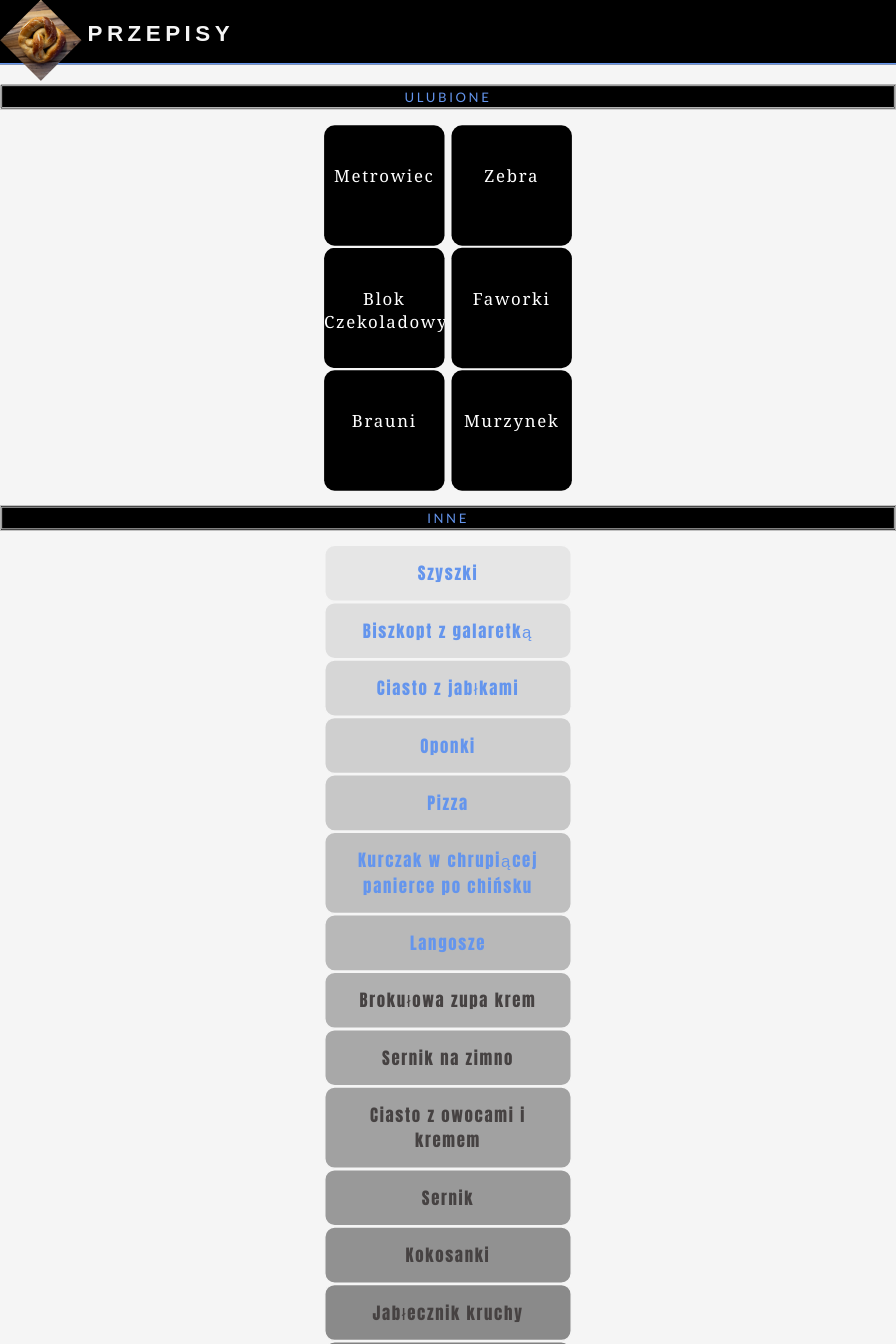
Repository: yaoayh/przepisy
Page: index.html
An editor plug-in stored every save of this project. The page is shown before and after the next save, followed by the edit.
The browser window is 1280 px wide. The pictures show the part of the page from y = 0 to 1920 px (the page is 3159 px tall), at 70% of full size.

Above is the page before, as saved 2020-08-14 00:24:02.

### index.html
<!DOCTYPE html>
<html>
    <head>
        <title>Przepisy</title>

        <meta charset="UTF-8">
        <meta name="viewport" content="width=device-width,
        initial-scale=1.0">
        <meta name="author" content="Dawid Litwin">

        <link rel="shortcut icon" href="images/icon.jpg">

        <link href="css/styles.css" type="text/css"
        rel="stylesheet" />
    </head>

    <body>
        <!--                HEADER                           -->
        <div id="header">
            <div class="picture">
                <a href="#top"><img src="images/precel.jpg" alt="precel"
                title="obrazek przedstawiajacy precel"
                width= "82,8" height= "82,8"></a>
            </div>
        <h1>Przepisy</h1>
        </div>


        <!--                    INFO 1                       -->

        <div class="info_Nr1">
            <h3>Ulubione</h3>
        </div>
        <!--                    SQARES                       -->

        <form class="head_Sqares">
            <!----------------------------------------------------------------------------------------------------------------------------------------------------------------------->
            <a class="m1" href="podstrony/metrowiec.html">
            <div class="sqares_Left">
                <p class="first_Choice">Metrowiec
                </p>
            </div></a>
            <a href="podstrony/Zebra.htm">
            <div class="sqares_Right">
                <p>Zebra</p>
            </div></a>
            <!---->
            <a href="podstrony/blok_Czekoladowy.html"><div class="sqares_Left">
                <p class="bigger">Blok Czekoladowy</p>
            </div></a>
            <a href="podstrony/faworki.html"><div class="sqares_Right">
                <p>Faworki</p>
            </div></a>
            <!---->
            <a href="podstrony/brauni.html"> <div class="sqares_Left">
                <p>Brauni</p>
            </div></a>
            <a href="podstrony/murzynek.html"><div class="sqares_Right">
                <p>Murzynek</p>
            </div></a>
            <!----------------------------------------------------------------------------------------------------------------------------------------------------------------------->
        </form>
        <div class="info_Nr2">
            <h3>Inne</h3>
        </div>
        <!--            CZEŚĆ DRUGA                          -->

        <form class="main2">
            <a href="podstrony/szyszki.html"><div class="n1"><p class="p1">Szyszki</p></div></a>
            <a href="podstrony/biszkopt_z_galaretką.html"><div class="n2"><p class="p1">Biszkopt z galaretką</p></div></a>
            <a href="podstrony/ciasto_z_jablkami.html"><div class="n3"><p class="p1">Ciasto z jabłkami</p></div></a>
            <a href="podstrony/oponki.html"><div class="n4"><p class="p1">Oponki</p></div></a>
            <a href="podstrony/pizza.html"><div class="n5"><p class="p1">Pizza</p></div></a>
            <a href="podstrony/kurczak_po_chinsku.html"><div class="n6"><p class="p1">Kurczak w chrupiącej panierce po chińsku</p></div></a>
            <a href="podstrony/langosze.html"><div class="n7"><p class="p1">Langosze</p></div></a>
            <a href="podstrony/brokulowa_zupa_krem.html"><div class="n8"><p class="p1_Shadow">Brokułowa zupa krem</p></div></a>
            <a href="podstrony/sernik_na_zimno.html"><div class="n9"><p class="p1_Shadow">Sernik na zimno</p></div></a>
            <a href="podstrony/ciasto_z_owocami_i_kremem.html"><div class="n10"><p class="p1_Shadow">Ciasto z owocami i kremem</p></div></a>
            <a href="podstrony/sernik.html"><div class="n11"><p class="p1_Shadow">Sernik</p></div></a>
            <a href="podstrony/kokosanki.html"><div class="n12"><p class="p1_Shadow">Kokosanki</p></div></a>
            <a href="podstrony/jablecznik_kruchy.html"><div class="n13"><p class="p1_Shadow">Jabłecznik kruchy</p></div></a>
            <a href="podstrony/ciasto_kasi.html"><div class="n14"><p class="p1_Shadow">Ciasto Kasi</p></div></a>
            <a href="podstrony/ciasto_ucierane.html"><div class="n15"><p class="p1">Ciasto ucierane z owocami</p></div></a>
            <a href="podstrony/gofry.html"><div class="n16"><p class="p1">Gofry</p></div></a>
            <a href="podstrony/brauni.html"><div class="n17"><p class="p1">Brauni Kasi</p></div></a>
            <a href="podstrony/salatka_francuska.html"><div class="n18"><p class="p1">Sałatka francuska</p></div></a>
            <a href="podstrony/botwina.html"><div class="n19"><p class="p1">Botwina</p></div></a>
            <a href="podstrony/nalewka.html"><div class="n20"><p class="p1">Nalewka</p></div></a>
            <a href="podstrony/salatka_zolta.html"><div class="n21"><p class="p1">Sałatka żółta</p></div></a>
            <a href="podstrony/ogorki_konserwowe.html"><div class="n22"><p class="p1">Ogórki konserwowe</p></div></a>
            <a href="podstrony/zacierki.html"><div class="n23"><p class="p1">Zacierki</p></div></a>
            <div class="n24"><p class="p1">Zupa serowa z pulpetami</p></div>
            <a href="podstrony/sos_beszamelowy_zapiekany.html"><div class="n25"><p class="p1">Sos beszamelowy Zapiekany</p></div></a>
            <a href="podstrony/kurczak_z_antylii.html">
                <div class="n26">
                    <p class="p1">Kurczak z Antylii</p>
                </div>
            </a>
            <br>

        </form>
        <br><br><br>

        <!--            PRAWA AUTORIESKIE                    -->

        <form class="bottom">
            <strong> <q>Precel</q>
                by <a class="a_Bottom" href="https://www.flickr.com/photos/ajay_suresh/">ajay_suresh</a>
        </strong>
        </form>


    </body>
</html>

### css/styles.css

html{overflow: scroll;}
body {
    height: auto;
	margin: 0px;
    background-color: whitesmoke;
}

/*                      Nagłówek                    */
body.body_Undersite{
    padding: 5px;
}
#header {
    top: 0px;
    width: 100%;
    height: 90px;
    position: fixed;
    background-color: black;
    border-bottom: 2px solid cornflowerblue;}

.picture{
    margin: 16px;
    float: left;
    width: 82px;
    transform: rotate(45deg);}

h1 {
    text-transform: uppercase;
    font-family: Arial, Helvetica, sans-serif;
    letter-spacing: 0.2em;
    font-style: normal;
    color: whitesmoke;
    padding: 30px 30px 30px 15px;
    margin-left: 110px;
    margin-top: 0px;}


/*                  CZESC II                    */
form.main2{
    margin: auto;
    height: auto; /*531px;*/
    width: 354px;/*354px;*/
    background-color: whitesmoke;
    padding: 5px;}
.info_Nr1, .info_Nr2{
    background-color: black;
    border: 12px 12px 12px 12px;
    border-color: white;
    border-style: double;
    text-align: center;
    margin-top: 120px;
    margin-bottom: 15px;
}

h3 {
    font-weight: normal;
    color: cornflowerblue;
    font-family: "Gill Sans", Arial, sans-serif;
    text-transform: uppercase;
    text-align: center;
    padding: 4px;
    margin: 0px;
    letter-spacing: 0.2em;}

/*                      BLOKI                   */

form.head_Sqares {
    margin: auto;
    height: 531px; /*531px;*/
    width: 354px;/*354px;*/
    background-color: whitesmoke;
    padding: 5px;}

.sqares_Left, .sqares_Right {
    text-decoration: none;
    border-radius: 15px;
    width: 172px;
    height: 172px;
    background-color: black;
    color: white;
    margin-top: 3px;
    overflow: auto;

}
.sqares_Left{
    float: left;
    }
/* .first_Choice{color: cornflowerblue;} */
.sqares_Right{
    float: right ;
    clear: right;}
p {
    border-color: red;
    border-radius: 5px;
    text-decoration: none;
    padding-top: 55px;
    text-align: center;
    font-family: Georgia, 'Times New Roman', Times, serif;
    font-size: x-large;
    letter-spacing: 0.10em;
    margin:0px;}
p.p1_Shadow{padding: 21px; color: rgb(70, 66, 66);
    font-family: Impact, Haettenschweiler, 'Arial Narrow Bold', sans-serif;
text-decoration: none;}
p.p1{
    font-family: Impact, Haettenschweiler, 'Arial Narrow Bold', sans-serif;
    text-decoration: none;
    padding: 21px;
    color: cornflowerblue;}
#bigger {
    font-size: 9px;
    padding: 0px 0px;}
.info_Nr2 {margin-top: 10px;}

.n1,.n2,.n3,.n4,.n5,.n6,.n7,.n8,.n9,.n10,.n11,.n12,.n13,.n14,.n15,.n16,.n17,.n18,.n19,.n20,.n21,.n22,.n23,.n24,.n25,.n26,.n27{
    border-radius: 15px;
    border: 2px solid whitesmoke;
    clear: both;}
div.n1 {

    background-color: hsl(0, 0%, 90%);
}
.n2{
    background-color: hsl(0,0%,87%);
}
.n3{
    background-color: hsl(0, 0%, 84%);
}
.n4{
    background-color: hsl(0, 0%, 81%);
}
.n5{
    background-color: hsl(0, 0%, 78%);
}
.n6{
    background-color: hsl(0, 0%, 75%);
}
.n7{
    background-color: hsl(0, 0%, 72%);
}
.n8{
    background-color: hsl(0, 0%, 69%);
}
.n9{
    background-color: hsl(0, 0%, 66%);
}
.n10{
    background-color: hsl(0, 0%, 63%);
}
.n11{
    background-color: hsl(0, 0%, 60%);
}
.n12{
    background-color: hsl(0, 0%, 57%);
}
.n13{
    background-color: hsl(0, 0%, 54%);
}
.n14{
    background-color: hsl(0, 0%, 51%);
}
.n15{
    background-color: hsl(0, 0%, 48%);
}
.n16{
    background-color: hsl(0, 0%, 45%);
}
.n17{
    background-color: hsl(0, 0%, 42%);
}
.n18{
    background-color: hsl(0, 0%, 39%);
}
.n19{
    background-color: hsl(0, 0%, 36%);
}
.n20{
    background-color: hsl(0, 0%, 33%);
}
.n21{
    background-color: hsl(0, 0%, 30%);
}
.n22{
    background-color: hsl(0, 0%, 27%);
}
.n23{
    background-color: hsl(0, 0%, 24%);
}
.n24{
    background-color: hsl(0, 0%, 21%);
}
.n25{
    background-color: hsl(0, 0%, 18%);
}
.n26{
    background-color: hsl(0, 0%, 15%);
}
.n27{background-color: hsl(0, 0%, 12%);}


/*                  PRAWA AUTORSKIE             */
.a_Bottom {
    text-decoration: none;
    color: white;
    text-decoration-line: underline;
}
.bottom {
    padding: 5px;
    text-decoration: none;
    background-color: black;
    color: white;
}
/**************************************************************************************/

#header_Undersite {
    top: 0px;
    width: 100%;
    height: 90px;
    position: fixed;
    background-color: black;
    border-bottom: 2px solid cornflowerblue;}
h1.h1_Undersite {
    letter-spacing: 0.15em;
}

a.m1:visited{
    color: cornflowerblue;
}
a {

    text-decoration: whitesmoke;

}
a:visited{
    color: whitesmoke;
}
a:hover{
    text-decoration: none;
    background-color: aquamarine;
    color: cyan;
}
td{
    font-size: large;
    text-decoration: solid;
    font-family: Arial, Helvetica, sans-serif;
    padding: 5px;
    background-color: cornflowerblue;
    border-radius: 5px;

}
form.form_Undersite{
    margin-top: 120px;
    background-color: rgb(245, 245, 245);
}
.name{
    max-width: 400px;
    border-radius: 35px;
    border: 8px double cornflowerblue;
    background-color: hsl(245,0%,95%);
    padding: 5px 0px 5px 5px;
    margin: 5px;}

h2 {
    text-align: left;
    font-size: x-large;
    text-transform: uppercase;
    font-family: Arial, Helvetica, sans-serif;
    letter-spacing: 0.2em;
    font-style: normal;
    color: whitesmoke;
    padding: 30px;
    border: 1px solid cornflowerblue;
    border-radius: 0px 20px 20px 0px;
    max-width: 120px;
    background-color: cornflowerblue;
    }
table {

    margin-right: 0px;
    padding: 10px 0px 10px 0px;
}
tr{
    empty-cells: hide;
}
td {
    width: 60px;
    background-color: hsl(0,0%,87%);
    border-radius: 10px;
    padding: 10px 5px 10px 10px;
    text-align: right;
    font-weight: bold;
}
td.table2{
    width: auto;
    background-color: cornflowerblue;
    border-radius: 50px;
    font-weight: normal;
    padding: 10px 10px 10px 10px;
    text-align: left;
}
ol{
    padding: 10px 0px 10px 0px;
    margin: 25px;
    border-radius: 20px;
    background-color: hsl(0,0%,87%);
}
li {

    font-family: Arial, Helvetica, sans-serif;
    font-size: large;
    padding: 15px 5px 10px 5px;
}
.ps{
    background-color: hsl(0,0%,87%);
    margin: 5px;
    border: 4px double cadetblue;
    border-radius: 5px;
    padding: 5px;
}

After the next save:
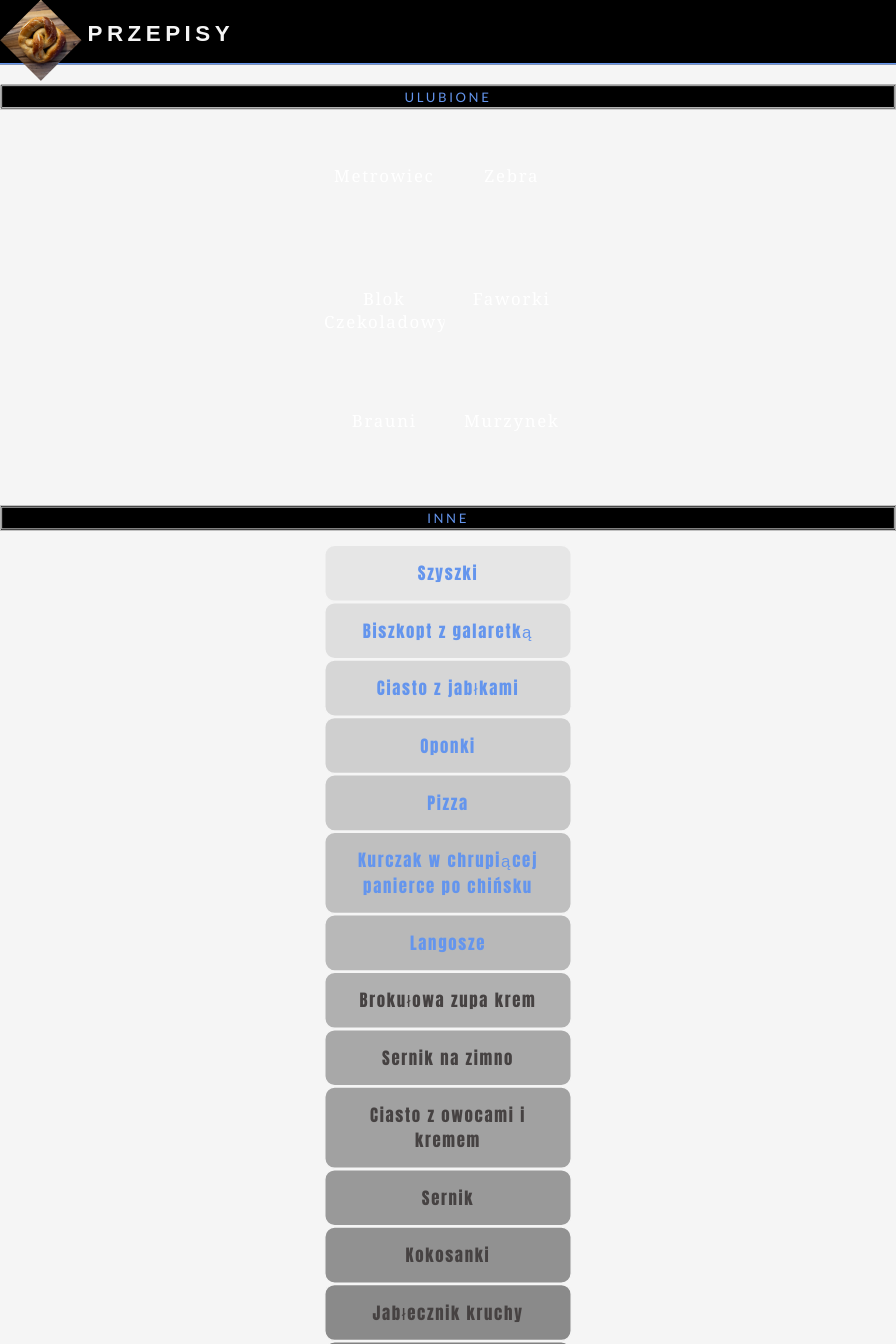
Saved 73 s later.
--- a/css/styles.css
+++ b/css/styles.css
@@ -76,7 +76,7 @@ form.head_Sqares {
     border-radius: 15px;
     width: 172px;
     height: 172px;
-    background-color: black;
+    background-image: linear-gradient(right, red, blue);
     color: white;
     margin-top: 3px;
     overflow: auto;
@@ -90,7 +90,7 @@ form.head_Sqares {
     float: right ;
     clear: right;}
 p {
-    border-color: red;
+
     border-radius: 5px;
     text-decoration: none;
     padding-top: 55px;
